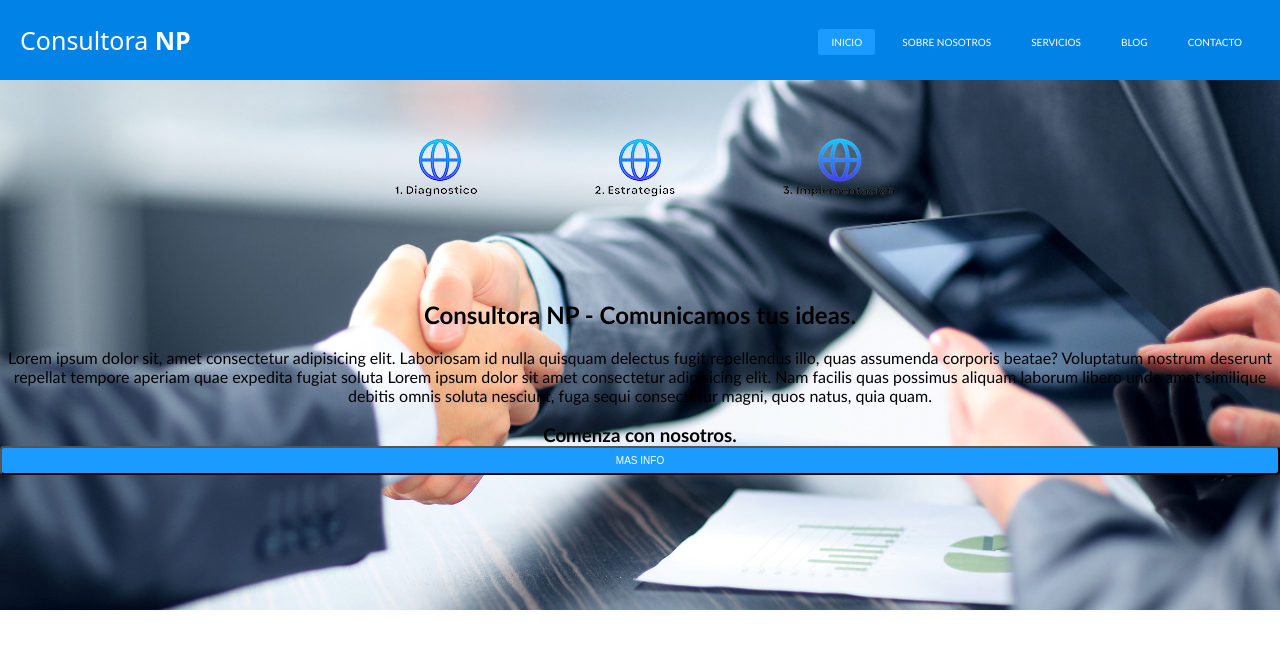
Repository: Batu120/pre-entrega2
Page: index.html
An editor plug-in stored every save of this project. The page is shown before and after the next save, followed by the edit.
The browser window is 1280 px wide. The pictures show the whole page.

Above is the page before, as saved 2022-10-31 17:50:27.

### index.html
<!DOCTYPE html>
<html lang="en" dir="ltr">
<head>
    <meta charset="UTF-8">
    <meta http-equiv="X-UA-Compatible" content="IE=edge">
    <meta name="viewport" content="width=device-width, initial-scale=1.0">
    <title>2da Pre Entrega</title>
    <link rel="stylesheet" href="https://cdnjs.cloudflare.com/ajax/libs/font-awesome/4.7.0/css/font-awesome.min.css">
    <!-- CSS -->
    <link rel="stylesheet" href="CSS/style.css">

</head>
<body>
    <nav>
        <input type="checkbox" id="check">
        <label for="check" class="checkbtn">
            <i style="font-size:24px" class="fa">&#xf0c9;</i>
        </label>
        <label class="logo">Consultora <label class="logo1">NP</label></label>
            <!-- Lista no ordenada -->
            <ul>
                <!-- Items / Menu -->
                <li><a class="active" href="index.html">Inicio</a></li>
                <li><a href="HTML/SobreNosotros.html">Sobre Nosotros</a></li>
                <li><a href="HTML/Servicios.html">Servicios</a></li>
                <li><a href="HTML/Blog.html">Blog</a></li>
                <li><a href="HTML/Contacto.html">Contacto</a></li>
            </ul>
    </nav>

    <section>
        <div class="grid-container">
            <img src="/IMG/1.Diagnostico.png" alt="diagnostico">
            <img src="/IMG/2.Estrategia.png" alt="estrategia">
            <img src="/IMG/3.Implementacion.png" alt="implementacion">
        </div>
        <div class="container-div">
            <!-- titulo h1 -->
            <h1>Consultora NP - Comunicamos tus ideas.</h1>
            <br>
            <!-- Parrafo -->
            <p>Lorem ipsum dolor sit, amet consectetur adipisicing elit. Laboriosam id nulla quisquam delectus fugit repellendus illo, quas assumenda corporis beatae? Voluptatum nostrum deserunt repellat tempore aperiam quae expedita fugiat soluta Lorem ipsum dolor sit amet consectetur adipisicing elit. Nam facilis quas possimus aliquam laborum libero unde amet similique debitis omnis soluta nesciunt, fuga sequi consectetur magni, quos natus, quia quam.</p>
            <br>
            <div><h3>Comenza con nosotros.</h3></div>
            <button class="info">Mas info</button>
        </div>
    </section>


</body>
</html>

### CSS/style.css
body {
    background: url(/IMG/consultoria_img.jpeg) no-repeat;
        background-size: cover;
    font-family:'Gill Sans', 'Gill Sans MT', Calibri, 'Trebuchet MS', sans-serif;
}

/* NAV BAR - LINKS- RESPONSIVE */
* {
    padding: 0;
    margin: 0;
    text-decoration: none;
    list-style: none;
    box-sizing: border-box;
}
nav {
    background: #0082e6;
    height: 80px;
    width: 100%;
}
/*  */
.logo{
    color: white;
    font-size: 25px;
    line-height: 80px;
    padding: 20px;
    font-weight:lighter;
    font-family:system-ui, -apple-system, BlinkMacSystemFont, 'Segoe UI', Roboto, Oxygen, Ubuntu, Cantarell, 'Open Sans', 'Helvetica Neue', sans-serif;
}
.logo1{
    color: white;
    font-weight: bold;
}
nav ul{
    float: right;
    margin-right: 20px;
    padding-top: 0%;
}
nav ul li{
    display: inline-block;
    line-height: 80px;
    margin: 0 5px;
}
nav ul li a{
    color: white;
    font-size: 10px;
    padding: 7px 13px;
    border-radius: 3px;
    text-transform: uppercase;
}
a.active,a:hover{
    background: #1b9bff;
    transition: .5s;
}
.checkbtn{
    font-size: 30px;
    color: white;
    float: right;
    line-height: 80px;
    margin-right: 30px;
    cursor: pointer;
    display: none;
}
#check{
    display: none;
}
/* PREUBA RESPONSIVE TEST */
@media (max-width: 853px){
    label.logo {
        font-size: 25px;
        padding-left: 50px;
    }
    nav ul li a{
        font-size: 18px;
    }
}
@media (max-width: 853px){
    .checkbtn{
        display: block;
    }
    ul{
        position: fixed;
        width: 100%;
        height: 100vh;
        background: #2c3e50;
        top: 80px;
        left: -100%;
        text-align: center;
        transition: all .5s;
    }
    nav ul li{
        display: block;
        margin: 50px 0;
        line-height: 30px;
    }
    nav ul li a {
        font-size: 20px;
    }
        a:hover,a.active{
        background:none;
        color: #0082e6;
        }
        #check:checked ~ ul{
        left: 0;
        }
    }
    /* SECTION WALLPAPER CAMBIADO */
    /* section{
        background: url(/IMG/consultoria_img.jpeg) no-repeat;
        background-size: cover;
        height: calc(100vh - 80px);
    } */

    /* IMG PICTURES page front */
    .grid-container {
        display: grid;
        grid-template-columns: auto auto auto;
        justify-content: center;
        margin: 10px;
    }
    .container-div{
        display: flex;
        flex-direction: column;
        text-align: center;
    }
  /*   *, ::after, ::before {
        margin: 0;
        padding: 0;
        box-sizing: border-box;
    } */

    /* Button info */
    .info {
        color: white;
        background-color: #1b9bff;
        font-size: 10px;
        padding: 7px 13px;
        border-radius: 4px;
        text-transform: uppercase;
    }

After the next save:
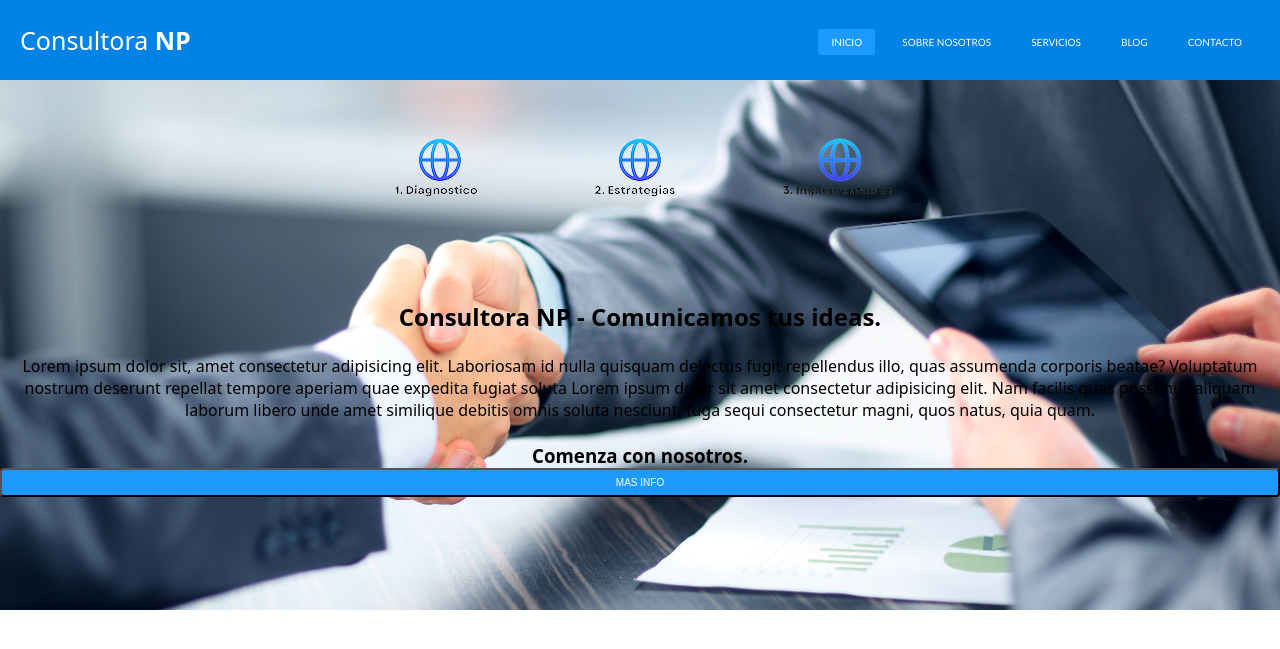
Saved 91 s later.
--- a/CSS/style.css
+++ b/CSS/style.css
@@ -121,6 +121,7 @@ a.active,a:hover{
         display: flex;
         flex-direction: column;
         text-align: center;
+        font-family: system-ui, -apple-system, BlinkMacSystemFont, 'Segoe UI', Roboto, Oxygen, Ubuntu, Cantarell, 'Open Sans', 'Helvetica Neue', sans-serif;
     }
   /*   *, ::after, ::before {
         margin: 0;
